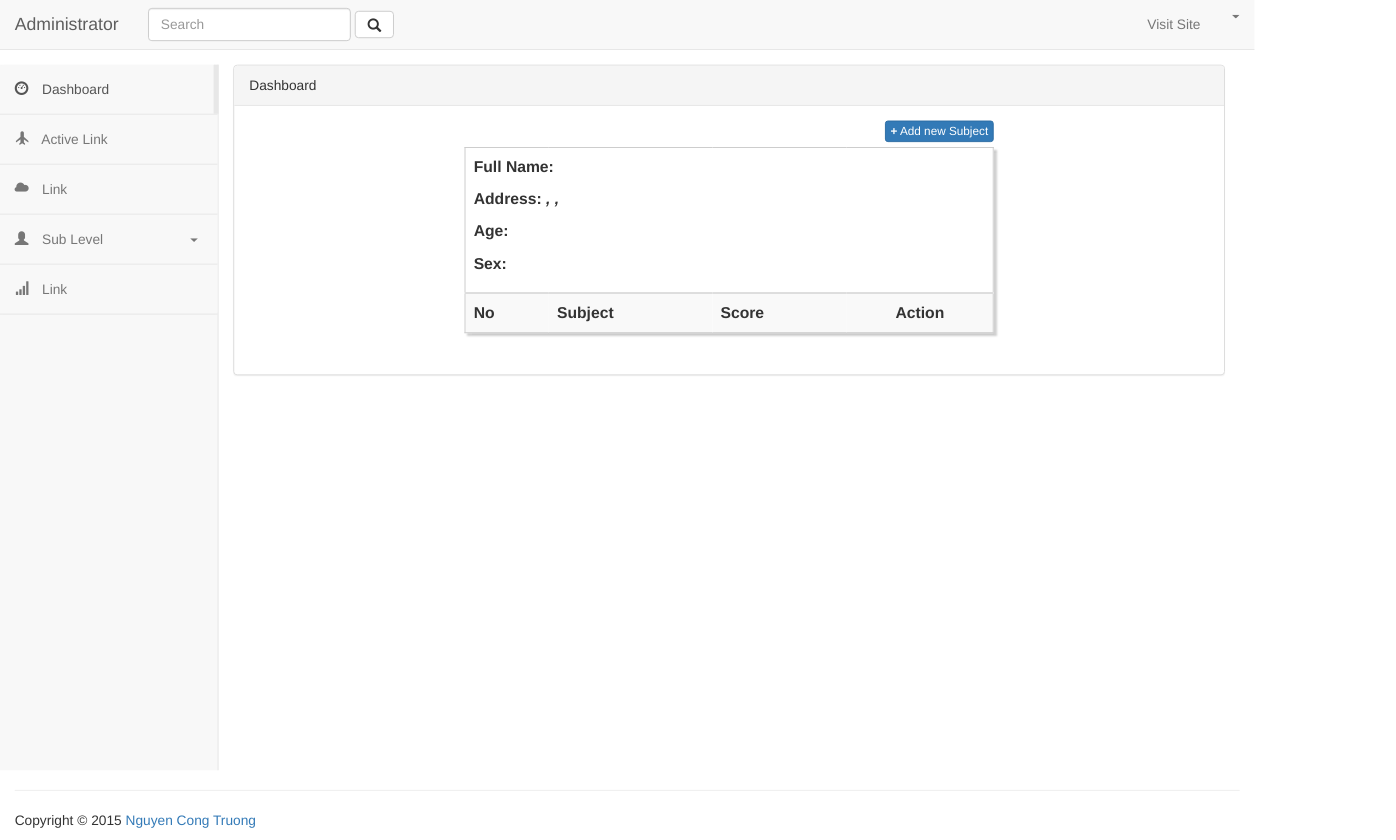
Repository: nctruong/Java-Technologies
Page: http://localhost/OS/WEB-INF/jsp/customerInfo.jsp
An editor plug-in stored every save of this project. The page is shown before and after the next save, followed by the edit.
The browser window is 1280 px wide. The page is 1424 px wide, then 1280 px, so the pictures cover 1424 px, including what lies to the right of the window. The pictures show the whole page, at 98% of full size.
Some web libraries are served in a nearby version. The page is served by Tomcat 9. Nobody is signed in. Other server files are loaded and not shown. The template is opened directly, without the code that normally fills it, so the values that code supplies are empty.

Above is the page before, as saved 2016-06-15 17:08:00.

### OS/WebContent/WEB-INF/jsp/customerInfo.jsp
<%@ page language="java" contentType="text/html; charset=ISO-8859-1"
	pageEncoding="ISO-8859-1"%>
<%@ taglib prefix="c" uri="http://java.sun.com/jsp/jstl/core"%>

<%@taglib uri="http://www.springframework.org/tags" prefix="spring"%>
<%@taglib uri="http://www.springframework.org/tags/form" prefix="form"%>

<html>
<head>
<meta http-equiv="Content-Type" content="text/html" ; charset="UTF-8"">
<script
	src="https://ajax.googleapis.com/ajax/libs/jquery/1.11.3/jquery.min.js"></script>
<link rel="stylesheet" type="text/css"
	href='<c:url value="/resources/css/bootstrap.min.css"/>' />
<script type="text/javascript"
	src='<c:url value="/resources/js/bootstrap.min.js"/>'></script>

<link rel="stylesheet" type="text/css"
	href='<c:url value="/resources/css/studentInfo.css"/>' />
<script type="text/javascript"
	src='<c:url value="/resources/js/studentInfo.js"/>'></script>
<title>Spring Final Assignment</title>



</head>
<% String contextPath = request.getContextPath(); %>
<body>


	<nav class="navbar navbar-default navbar-static-top">
		<div class="container-fluid">
			<!-- Brand and toggle get grouped for better mobile display -->
			<div class="navbar-header">
				<button type="button"
					class="navbar-toggle navbar-toggle-sidebar collapsed">
					MENU</button>
				<button type="button" class="navbar-toggle collapsed"
					data-toggle="collapse" data-target="#bs-example-navbar-collapse-1">
					<span class="sr-only">Toggle navigation</span> <span
						class="icon-bar"></span> <span class="icon-bar"></span> <span
						class="icon-bar"></span>
				</button>
				<a class="navbar-brand" href="#"> Administrator </a>
			</div>

			<!-- Collect the nav links, forms, and other content for toggling -->
			<div class="collapse navbar-collapse"
				id="bs-example-navbar-collapse-1">
				<form class="navbar-form navbar-left" method="GET" role="search">
					<div class="form-group">
						<input type="text" name="q" class="form-control"
							placeholder="Search">
					</div>
					<button type="submit" class="btn btn-default">
						<i class="glyphicon glyphicon-search"></i>
					</button>
				</form>
				<ul class="nav navbar-nav navbar-right">
					<li><a href="#" target="_blank">Visit Site</a></li>
					<li class="dropdown "><a href="#" class="dropdown-toggle"
						data-toggle="dropdown" role="button" aria-expanded="false">
							${student.username } <span class="caret"></span>
					</a>
						<ul class="dropdown-menu" role="menu">
							<li class="dropdown-header">SETTINGS</li>
							<li class=""><a href="#">Other Link</a></li>
							<li class=""><a href="#">Other Link</a></li>
							<li class=""><a href="#">Other Link</a></li>
							<li class="divider"></li>
							<li><a href="<%= contextPath %>/logout?userId=${student.id}">Logout</a></li>
						</ul>
				</ul>
			</div>
			<!-- /.navbar-collapse -->
		</div>
		<!-- /.container-fluid -->
	</nav>
	<div class="container-fluid main-container">
		<div class="col-md-2 sidebar">
			<div class="row">
				<!-- uncomment code for absolute positioning tweek see top comment in css -->
				<div class="absolute-wrapper"></div>
				<!-- Menu -->
				<div class="side-menu">
					<nav class="navbar navbar-default" role="navigation">
						<!-- Main Menu -->
						<div class="side-menu-container">
							<ul class="nav navbar-nav">
								<li class="active"><a href="#"><span
										class="glyphicon glyphicon-dashboard"></span> Dashboard</a></li>
								<li><a href="#"><span class="glyphicon glyphicon-plane"></span>
										Active Link</a></li>
								<li><a href="#"><span class="glyphicon glyphicon-cloud"></span>
										Link</a></li>

								<!-- Dropdown-->
								<li class="panel panel-default" id="dropdown"><a
									data-toggle="collapse" href="#dropdown-lvl1"> <span
										class="glyphicon glyphicon-user"></span> Sub Level <span
										class="caret"></span>
								</a> <!-- Dropdown level 1 -->
									<div id="dropdown-lvl1" class="panel-collapse collapse">
										<div class="panel-body">
											<ul class="nav navbar-nav">
												<li><a href="#">Link</a></li>
												<li><a href="#">Link</a></li>
												<li><a href="#">Link</a></li>

												<!-- Dropdown level 2 -->
												<li class="panel panel-default" id="dropdown"><a
													data-toggle="collapse" href="#dropdown-lvl2"> <span
														class="glyphicon glyphicon-off"></span> Sub Level <span
														class="caret"></span>
												</a>
													<div id="dropdown-lvl2" class="panel-collapse collapse">
														<div class="panel-body">
															<ul class="nav navbar-nav">
																<li><a href="#">Link</a></li>
																<li><a href="#">Link</a></li>
																<li><a href="#">Link</a></li>
															</ul>
														</div>
													</div></li>
											</ul>
										</div>
									</div></li>

								<li><a href="#"><span
										class="glyphicon glyphicon-signal"></span> Link</a></li>

							</ul>
						</div>
						<!-- /.navbar-collapse -->
					</nav>

				</div>
			</div>
		</div>

		<div class="col-md-10 content">
			<div class="panel panel-default">
				<div>${notify}</div>
				<div class="panel-heading">Dashboard</div>
				<div class="panel-body">
					<div class="container">
						<div class="row col-md-6 col-md-offset-2 custyle">
							<table class="table table-striped custab">

								<thead>
									<tr>
										<th colspan="4">
											<p>Full Name: <em>${student.firstName} ${student.lastName}</em></p>
											<p>Address: <em>${address.street}, ${address.city},
												${address.country}</em></p>
											<p>Age: <em>${student.age}</em></p>
											<p>Sex: <em>${student.sex}</em></p>
										</th>
									</tr>
									<a href="#" class="btn btn-primary btn-xs pull-right"  data-toggle="modal" data-target="#newScore"><b>+</b>
										Add new Subject</a>

								</thead>
								<tr>
									<th>No</th>
									<th>Subject</th>
									<th>Score</th>
									<th class="text-center">Action</th>
								</tr>

								<c:forEach var="score" items="${scores}">
									<tr>
										<td>${score.scoreId}</td>
										<td>${score.subject}</td>
										<td>${score.score}</td>
										<td class="text-center">
											<!-- a class='btn btn-info btn-xs' href="#" data-toggle="modal" data-target="#editScore"-->
											<a class='btn btn-info btn-xs' href="score/edit?studentId=${studentId}&scoreId=${score.scoreId}" >
												<span class="glyphicon glyphicon-edit"></span>
												Edit</a> <a href="score/askDelete?studentId=${studentId}&scoreId=${score.scoreId }" class="btn btn-danger btn-xs"><span
												class="glyphicon glyphicon-remove"></span> Del</a>
										</td>
									</tr>
								</c:forEach>


							</table>
						</div>
					</div>
				</div>
			</div>
		</div>
		<!-- CREATE NEW SCORE -->
		<div class="modal fade" id="newScore" role="dialog">
			<div class="modal-dialog">

				<!-- Modal content-->
				<div class="modal-content">
					<div class="modal-header">
						<button type="button" class="close" data-dismiss="modal">&times;</button>
						<h4 class="modal-title">New Subject</h4>
					</div>
					<div class="modal-body">
						<form:form action="score/new" method="POST" modelAttribute="scoreForm">
							<p>Subject: <form:input type="text" path="subject" class="form-control" placeholder="subject"/></p>
							<p>Score: <form:input type="number" path="score" class="form-control" placeholder="score"/></p>
							<form:input path="student_id" type="hidden" value="${student.id}"/>
					</div>
					<div class="modal-footer">
						<input type="submit" class="btn btn-default" data-dismiss="submit" value="Submit"/>
						</form:form>
						<button type="button" class="btn btn-default" data-dismiss="modal">Cancel</button>
					</div>
				</div>

			</div>
		</div>

		<!-- EDIT SCORE -->
		<div class="modal fade" id="editScore" role="dialog">
			<div class="modal-dialog">

				<!-- Modal content-->
				<div class="modal-content">
					<div class="modal-header">
						<button type="button" class="close" data-dismiss="modal">&times;</button>
						<h4 class="modal-title">Edit Score</h4>
					</div>
					<div class="modal-body">
						<form:form action="score/edit" method="POST" modelAttribute="scoreForm">
							<p>Subject: <form:input type="text" path="subject" class="form-control" placeholder="${score.subject }"/></p>
							<p>Score: <form:input type="number" path="score" class="form-control" placeholder="${score.score }"/></p>
							<form:input path="student_id" type="hidden" value="${score.student_id}"/>
							<form:input path="scoreId" type="hidden" value="${score.scoreId}"/>
					</div>
					<div class="modal-footer">
						<input type="submit" class="btn btn-default" data-dismiss="submit" value="Submit"/>
						</form:form>
						<button type="button" class="btn btn-default" data-dismiss="modal">Cancel</button>
					</div>
				</div>

			</div>
		</div>

		<footer class="pull-left footer">
			<p class="col-md-12">
			<hr class="divider">
			Copyright &COPY; 2015 <a href="#">Nguyen Cong Truong</a>
			</p>
		</footer>
	</div>
</body>
</html>

### OS/WebContent/resources/css/studentInfo.css
.custab{
    border: 1px solid #ccc;
    padding: 5px;
    margin: 5% 0;
    box-shadow: 3px 3px 2px #ccc;
    transition: 0.5s;
    }
.custab:hover{
    box-shadow: 3px 3px 0px transparent;
    transition: 0.5s;
    }
h1.page-header {
    margin-top: -5px;
}

.sidebar {
	padding-left: 0;
}

.main-container {
	background: #FFF;
	padding-top: 15px;
	margin-top: -20px;
}

.footer {
	width: 100%;
}

:focus {
	outline: none;
}

.side-menu {
	position: relative;
	width: 100%;
	height: 100%;
	background-color: #f8f8f8;
	border-right: 1px solid #e7e7e7;
}
.side-menu .navbar {
	border: none;
}
.side-menu .navbar-header {
	width: 100%;
	border-bottom: 1px solid #e7e7e7;
}
.side-menu .navbar-nav .active a {
	background-color: transparent;
	margin-right: -1px;
	border-right: 5px solid #e7e7e7;
}
.side-menu .navbar-nav li {
	display: block;
	width: 100%;
	border-bottom: 1px solid #e7e7e7;
}
.side-menu .navbar-nav li a {
	padding: 15px;
}
.side-menu .navbar-nav li a .glyphicon {
	padding-right: 10px;
}
.side-menu #dropdown {
	border: 0;
	margin-bottom: 0;
	border-radius: 0;
	background-color: transparent;
	box-shadow: none;
}
.side-menu #dropdown .caret {
	float: right;
	margin: 9px 5px 0;
}
.side-menu #dropdown .indicator {
	float: right;
}
.side-menu #dropdown > a {
	border-bottom: 1px solid #e7e7e7;
}
.side-menu #dropdown .panel-body {
	padding: 0;
	background-color: #f3f3f3;
}
.side-menu #dropdown .panel-body .navbar-nav {
	width: 100%;
}
.side-menu #dropdown .panel-body .navbar-nav li {
	padding-left: 15px;
	border-bottom: 1px solid #e7e7e7;
}
.side-menu #dropdown .panel-body .navbar-nav li:last-child {
	border-bottom: none;
}
.side-menu #dropdown .panel-body .panel > a {
	margin-left: -20px;
	padding-left: 35px;
}
.side-menu #dropdown .panel-body .panel-body {
	margin-left: -15px;
}
.side-menu #dropdown .panel-body .panel-body li {
	padding-left: 30px;
}
.side-menu #dropdown .panel-body .panel-body li:last-child {
	border-bottom: 1px solid #e7e7e7;
}
.side-menu #search-trigger {
	background-color: #f3f3f3;
	border: 0;
	border-radius: 0;
	position: absolute;
	top: 0;
	right: 0;
	padding: 15px 18px;
}
.side-menu .brand-name-wrapper {
	min-height: 50px;
}
.side-menu .brand-name-wrapper .navbar-brand {
	display: block;
}
.side-menu #search {
	position: relative;
	z-index: 1000;
}
.side-menu #search .panel-body {
	padding: 0;
}
.side-menu #search .panel-body .navbar-form {
	padding: 0;
	padding-right: 50px;
	width: 100%;
	margin: 0;
	position: relative;
	border-top: 1px solid #e7e7e7;
}
.side-menu #search .panel-body .navbar-form .form-group {
	width: 100%;
	position: relative;
}
.side-menu #search .panel-body .navbar-form input {
	border: 0;
	border-radius: 0;
	box-shadow: none;
	width: 100%;
	height: 50px;
}
.side-menu #search .panel-body .navbar-form .btn {
	position: absolute;
	right: 0;
	top: 0;
	border: 0;
	border-radius: 0;
	background-color: #f3f3f3;
	padding: 15px 18px;
}
/* Main body section */
.side-body {
	margin-left: 310px;
}
/* small screen */
@media (max-width: 768px) {
	.side-menu {
		position: relative;
		width: 100%;
		height: 0;
		border-right: 0;
	}

	.side-menu .navbar {
		z-index: 999;
		position: relative;
		height: 0;
		min-height: 0;
		background-color:none !important;
		border-color: none !important;
	}
	.side-menu .brand-name-wrapper .navbar-brand {
		display: inline-block;
	}
	/* Slide in animation */
	@-moz-keyframes slidein {
		0% {
			left: -300px;
		}
		100% {
			left: 10px;
		}
	}
	@-webkit-keyframes slidein {
		0% {
			left: -300px;
		}
		100% {
			left: 10px;
		}
	}
	@keyframes slidein {
		0% {
			left: -300px;
		}
		100% {
			left: 10px;
		}
	}
	@-moz-keyframes slideout {
		0% {
			left: 0;
		}
		100% {
			left: -300px;
		}
	}
	@-webkit-keyframes slideout {
		0% {
			left: 0;
		}
		100% {
			left: -300px;
		}
	}
	@keyframes slideout {
		0% {
			left: 0;
		}
		100% {
			left: -300px;
		}
	}
	/* Slide side menu*/
	/* Add .absolute-wrapper.slide-in for scrollable menu -> see top comment */
	.side-menu-container > .navbar-nav.slide-in {
		-moz-animation: slidein 300ms forwards;
		-o-animation: slidein 300ms forwards;
		-webkit-animation: slidein 300ms forwards;
		animation: slidein 300ms forwards;
		-webkit-transform-style: preserve-3d;
		transform-style: preserve-3d;
	}
	.side-menu-container > .navbar-nav {
		/* Add position:absolute for scrollable menu -> see top comment */
		position: fixed;
		left: -300px;
		width: 300px;
		top: 43px;
		height: 100%;
		border-right: 1px solid #e7e7e7;
		background-color: #f8f8f8;
		overflow: auto;
		-moz-animation: slideout 300ms forwards;
		-o-animation: slideout 300ms forwards;
		-webkit-animation: slideout 300ms forwards;
		animation: slideout 300ms forwards;
		-webkit-transform-style: preserve-3d;
		transform-style: preserve-3d;
	}
	@-moz-keyframes bodyslidein {
		0% {
			left: 0;
		}
		100% {
			left: 300px;
		}
	}
	@-webkit-keyframes bodyslidein {
		0% {
			left: 0;
		}
		100% {
			left: 300px;
		}
	}
	@keyframes bodyslidein {
		0% {
			left: 0;
		}
		100% {
			left: 300px;
		}
	}
	@-moz-keyframes bodyslideout {
		0% {
			left: 300px;
		}
		100% {
			left: 0;
		}
	}
	@-webkit-keyframes bodyslideout {
		0% {
			left: 300px;
		}
		100% {
			left: 0;
		}
	}
	@keyframes bodyslideout {
		0% {
			left: 300px;
		}
		100% {
			left: 0;
		}
	}
	/* Slide side body*/
	.side-body {
		margin-left: 5px;
		margin-top: 70px;
		position: relative;
		-moz-animation: bodyslideout 300ms forwards;
		-o-animation: bodyslideout 300ms forwards;
		-webkit-animation: bodyslideout 300ms forwards;
		animation: bodyslideout 300ms forwards;
		-webkit-transform-style: preserve-3d;
		transform-style: preserve-3d;
	}
	.body-slide-in {
		-moz-animation: bodyslidein 300ms forwards;
		-o-animation: bodyslidein 300ms forwards;
		-webkit-animation: bodyslidein 300ms forwards;
		animation: bodyslidein 300ms forwards;
		-webkit-transform-style: preserve-3d;
		transform-style: preserve-3d;
	}
	/* Hamburger */
	.navbar-toggle-sidebar {
		border: 0;
		float: left;
		padding: 18px;
		margin: 0;
		border-radius: 0;
		background-color: #f3f3f3;
	}
	/* Search */
	#search .panel-body .navbar-form {
		border-bottom: 0;
	}
	#search .panel-body .navbar-form .form-group {
		margin: 0;
	}
	.side-menu .navbar-header {
		/* this is probably redundant */
		position: fixed;
		z-index: 3;
		background-color: #f8f8f8;
	}
	/* Dropdown tweek */
	#dropdown .panel-body .navbar-nav {
		margin: 0;
	}
}

### OS/WebContent/resources/js/studentInfo.js
$(function () {
  	$('.navbar-toggle-sidebar').click(function () {
  		$('.navbar-nav').toggleClass('slide-in');
  		$('.side-body').toggleClass('body-slide-in');
  		$('#search').removeClass('in').addClass('collapse').slideUp(200);
  	});

  	$('#search-trigger').click(function () {
  		$('.navbar-nav').removeClass('slide-in');
  		$('.side-body').removeClass('body-slide-in');
  		$('.search-input').focus();
  	});
  });

Loaded but not shown: OS/WebContent/resources/css/bootstrap.min.css (library); OS/WebContent/resources/js/bootstrap.min.js (library)

After the next save:
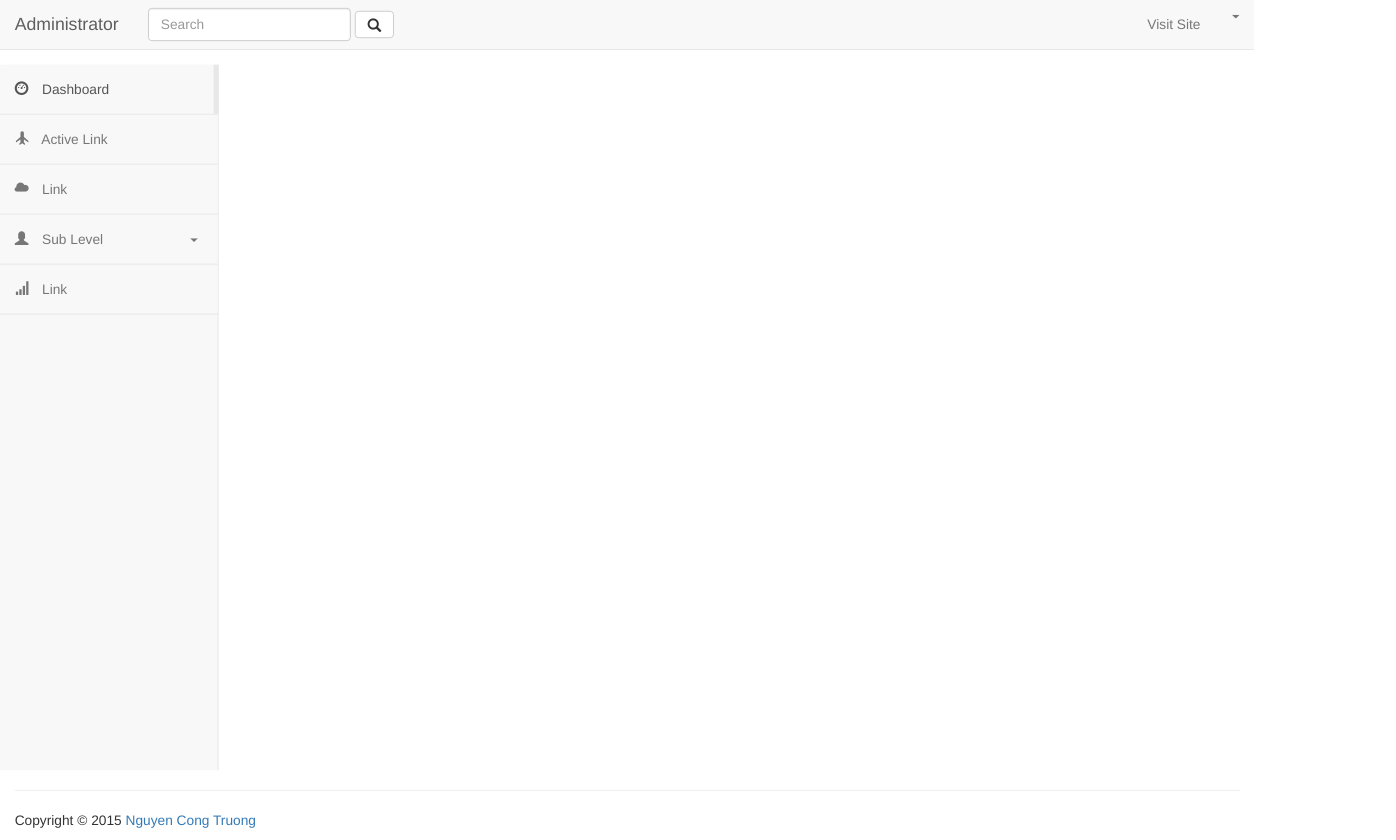
Saved 67 s later.
--- a/OS/WebContent/WEB-INF/jsp/customerInfo.jsp
+++ b/OS/WebContent/WEB-INF/jsp/customerInfo.jsp
@@ -138,7 +138,7 @@
 			</div>
 		</div>
 
-		<div class="col-md-10 content">
+		<%-- <div class="col-md-10 content">
 			<div class="panel panel-default">
 				<div>${notify}</div>
 				<div class="panel-heading">Dashboard</div>
@@ -189,9 +189,9 @@
 					</div>
 				</div>
 			</div>
-		</div>
+		</div> --%>
 		<!-- CREATE NEW SCORE -->
-		<div class="modal fade" id="newScore" role="dialog">
+		<%-- <div class="modal fade" id="newScore" role="dialog">
 			<div class="modal-dialog">
 
 				<!-- Modal content-->
@@ -241,7 +241,7 @@
 				</div>
 
 			</div>
-		</div>
+		</div> --%>
 
 		<footer class="pull-left footer">
 			<p class="col-md-12">
